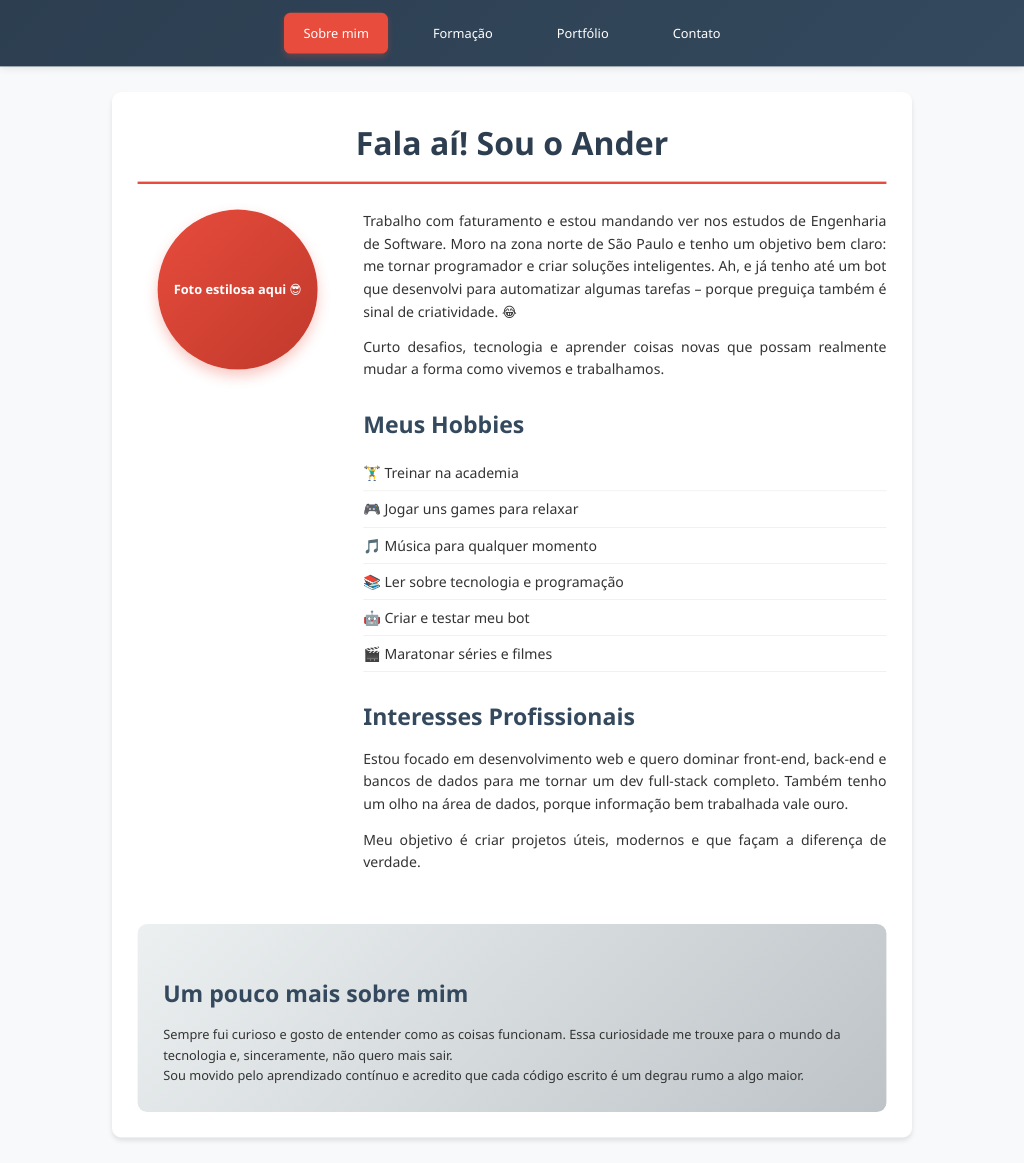
Repository: AnderHonorato/meu-portfolio
Page: index.html
An editor plug-in stored every save of this project. The page is shown before and after the next save, followed by the edit.
The browser window is 1280 px wide. The pictures show the whole page, at 80% of full size.

Above is the page before, as saved 2025-08-26 19:51:29.

### index.html
<!DOCTYPE html>
<html lang="pt-br">
<head>
    <meta charset="UTF-8">
    <meta name="viewport" content="width=device-width, initial-scale=1.0">
    <title>Anderson Honorato - Portfólio</title>
    <link rel="stylesheet" href="css/style.css">
</head>
<body>
    <!-- MENU -->
    <nav class="menu">
        <ul>
            <li><a href="index.html" class="ativo">Sobre mim</a></li>
            <li><a href="formacao.html">Formação</a></li>
            <li><a href="portfolio.html">Portfólio</a></li>
            <li><a href="contato.html">Contato</a></li>
        </ul>
    </nav>

<!-- CONTEUDO PRINCIPAL -->
<main class="conteudo">
    <h1>Fala aí! Sou o Ander</h1>

    <div class="sobre-container">
        <!-- SEÇÃO DA FOTO DE PERFIL -->
        <div class="foto-perfil">
            <div class="placeholder-foto">
                <p>Foto estilosa aqui 😎</p>
            </div>
        </div>

        <!-- SEÇÃO DE INFORMAÇÕES PESSOAIS -->
        <div class="texto-sobre">
            <p>Trabalho com faturamento e estou mandando ver nos estudos de Engenharia de Software. Moro na zona norte de São Paulo e tenho um objetivo bem claro: me tornar programador e criar soluções inteligentes. Ah, e já tenho até um bot que desenvolvi para automatizar algumas tarefas – porque preguiça também é sinal de criatividade. 😂</p>

            <p>Curto desafios, tecnologia e aprender coisas novas que possam realmente mudar a forma como vivemos e trabalhamos.</p>

            <h2>Meus Hobbies</h2>
            <ul class="lista-hobbies">
                <li>🏋️‍♂️ Treinar na academia</li>
                <li>🎮 Jogar uns games para relaxar</li>
                <li>🎵 Música para qualquer momento</li>
                <li>📚 Ler sobre tecnologia e programação</li>
                <li>🤖 Criar e testar meu bot</li>
                <li>🎬 Maratonar séries e filmes</li>
            </ul>

            <h2>Interesses Profissionais</h2>
            <p>Estou focado em desenvolvimento web e quero dominar front-end, back-end e bancos de dados para me tornar um dev full-stack completo. Também tenho um olho na área de dados, porque informação bem trabalhada vale ouro.</p>

            <p>Meu objetivo é criar projetos úteis, modernos e que façam a diferença de verdade.</p>
        </div>
    </div>

    <!-- SEÇÃO ADICIONAL DE INFORMAÇÕES -->
    <div class="info-adicional">
        <h2>Um pouco mais sobre mim</h2>
        <p>Sempre fui curioso e gosto de entender como as coisas funcionam. Essa curiosidade me trouxe para o mundo da tecnologia e, sinceramente, não quero mais sair.</p>

        <p>Sou movido pelo aprendizado contínuo e acredito que cada código escrito é um degrau rumo a algo maior.</p>
    </div>
</main>

</body>
</html>

### css/style.css
/* Reset básico e configurações globais */
* {
    margin: 0;
    padding: 0;
    box-sizing: border-box;
}

/* Configurações do corpo da página */
body {
    font-family: 'Segoe UI', Tahoma, Geneva, Verdana, sans-serif;
    line-height: 1.6;
    color: #333;
    background-color: #f8f9fa;
}

/* Menu de navegação - SEMPRE VISÍVEL */
.menu {
    background: linear-gradient(135deg, #2c3e50, #34495e);
    padding: 1rem 0;
    position: sticky; /* Menu fica fixo no topo ao rolar */
    top: 0;
    z-index: 1000; /* Garante que fica por cima de outros elementos */
    box-shadow: 0 2px 10px rgba(0,0,0,0.1);
}

.menu ul {
    list-style: none;
    display: flex;
    justify-content: center;
    gap: 2rem;
    max-width: 1200px;
    margin: 0 auto;
    padding: 0 1rem;
}

.menu a {
    color: white;
    text-decoration: none;
    padding: 0.8rem 1.5rem;
    border-radius: 8px;
    transition: all 0.3s ease;
    display: block;
    font-weight: 500;
}

.menu a:hover {
    background-color: rgba(255, 255, 255, 0.1);
    transform: translateY(-2px);
}

.menu a.ativo {
    background-color: #e74c3c;
    box-shadow: 0 4px 8px rgba(231, 76, 60, 0.3);
}

/* Conteúdo principal */
.conteudo {
    max-width: 1000px;
    margin: 2rem auto;
    padding: 0 1rem;
    background-color: white;
    border-radius: 12px;
    box-shadow: 0 4px 6px rgba(0,0,0,0.1);
    padding: 2rem;
}

.conteudo h1 {
    color: #2c3e50;
    margin-bottom: 1.5rem;
    text-align: center;
    font-size: 2.5rem;
    border-bottom: 3px solid #e74c3c;
    padding-bottom: 1rem;
}

.conteudo h2 {
    color: #34495e;
    margin: 2rem 0 1rem 0;
    font-size: 1.8rem;
}

/* === ESTILOS PÁGINA SOBRE MIM === */
.sobre-container {
    display: grid;
    grid-template-columns: 250px 1fr;
    gap: 2rem;
    margin-top: 2rem;
}

.foto-perfil {
    text-align: center;
}

.placeholder-foto {
    width: 200px;
    height: 200px;
    border-radius: 50%;
    background: linear-gradient(135deg, #e74c3c, #c0392b);
    display: flex;
    align-items: center;
    justify-content: center;
    color: white;
    font-weight: bold;
    margin: 0 auto;
    box-shadow: 0 8px 16px rgba(231, 76, 60, 0.3);
}

.foto-perfil img {
    width: 200px;
    height: 200px;
    border-radius: 50%;
    object-fit: cover;
    box-shadow: 0 8px 16px rgba(0,0,0,0.2);
}

.texto-sobre {
    flex: 1;
}

.texto-sobre p {
    margin-bottom: 1rem;
    text-align: justify;
    font-size: 1.1rem;
}

.lista-hobbies {
    list-style: none;
    margin: 1rem 0;
}

.lista-hobbies li {
    padding: 0.5rem 0;
    font-size: 1.1rem;
    border-bottom: 1px solid #eee;
    transition: all 0.3s ease;
}

.lista-hobbies li:hover {
    background-color: #f8f9fa;
    padding-left: 1rem;
    border-left: 4px solid #e74c3c;
}

.info-adicional {
    margin-top: 3rem;
    padding: 2rem;
    background: linear-gradient(135deg, #ecf0f1, #bdc3c7);
    border-radius: 12px;
}

/* === ESTILOS PÁGINA FORMAÇÃO === */
.formacao-secao {
    margin-bottom: 3rem;
}

.item-formacao {
    background: linear-gradient(135deg, #f8f9fa, #e9ecef);
    padding: 2rem;
    border-radius: 12px;
    margin-bottom: 1.5rem;
    border-left: 5px solid #e74c3c;
    transition: transform 0.3s ease;
}

.item-formacao:hover {
    transform: translateY(-5px);
    box-shadow: 0 8px 16px rgba(0,0,0,0.1);
}

.item-formacao h3 {
    color: #2c3e50;
    margin-bottom: 1rem;
    font-size: 1.3rem;
}

.item-formacao p {
    margin-bottom: 0.5rem;
}

.lista-idiomas {
    list-style: none;
}

.lista-idiomas li {
    padding: 1rem 0;
    border-bottom: 1px solid #ddd;
}

.lista-idiomas li:last-child {
    border-bottom: none;
}

.nivel-idioma {
    margin-top: 0.5rem;
}

.barra-progresso {
    width: 100%;
    height: 8px;
    background-color: #ecf0f1;
    border-radius: 4px;
    overflow: hidden;
    margin: 0.5rem 0;
}

.progresso {
    height: 100%;
    background: linear-gradient(90deg, #e74c3c, #c0392b);
    transition: width 0.3s ease;
}

.descricao-nivel {
    font-size: 0.9rem;
    color: #7f8c8d;
    font-style: italic;
}

.proximos-estudos ul {
    list-style: none;
    display: grid;
    grid-template-columns: repeat(auto-fit, minmax(250px, 1fr));
    gap: 1rem;
}

.proximos-estudos li {
    background-color: #fff3cd;
    padding: 1rem;
    border-radius: 8px;
    border-left: 4px solid #ffc107;
    font-weight: 500;
}

/* === ESTILOS PÁGINA PORTFÓLIO === */
.intro-portfolio {
    text-align: center;
    font-size: 1.2rem;
    margin-bottom: 2rem;
    padding: 1rem;
    background-color: #f8f9fa;
    border-radius: 8px;
    border-left: 4px solid #e74c3c;
}

.projetos-grid {
    display: grid;
    grid-template-columns: repeat(auto-fit, minmax(350px, 1fr));
    gap: 2rem;
    margin-bottom: 3rem;
}

.projeto-item {
    background: linear-gradient(135deg, #ffffff, #f8f9fa);
    padding: 2rem;
    border-radius: 12px;
    box-shadow: 0 4px 8px rgba(0,0,0,0.1);
    transition: all 0.3s ease;
    border-top: 4px solid #e74c3c;
}

.projeto-item:hover {
    transform: translateY(-8px);
    box-shadow: 0 12px 24px rgba(0,0,0,0.15);
}

.projeto-item h3 {
    color: #2c3e50;
    margin-bottom: 1rem;
    font-size: 1.4rem;
}

.tags-projeto {
    margin-bottom: 1rem;
}

.tag {
    display: inline-block;
    background: linear-gradient(135deg, #e74c3c, #c0392b);
    color: white;
    padding: 0.3rem 0.8rem;
    border-radius: 20px;
    font-size: 0.8rem;
    margin-right: 0.5rem;
    font-weight: 500;
}

.projeto-detalhes {
    margin: 1rem 0;
    padding: 1rem;
    background-color: #f8f9fa;
    border-radius: 8px;
}

.projeto-detalhes p {
    margin-bottom: 0.5rem;
    font-size: 0.9rem;
}

.btn-projeto {
    display: inline-block;
    background: linear-gradient(135deg, #3498db, #2980b9);
    color: white;
    padding: 0.8rem 1.5rem;
    text-decoration: none;
    border-radius: 8px;
    transition: all 0.3s ease;
    font-weight: 500;
}

.btn-projeto:hover {
    transform: translateY(-2px);
    box-shadow: 0 4px 8px rgba(52, 152, 219, 0.3);
}

/* Habilidades técnicas */
.habilidades-secao {
    margin-top: 3rem;
    padding: 2rem;
    background: linear-gradient(135deg, #ecf0f1, #bdc3c7);
    border-radius: 12px;
}

.habilidades-grid {
    display: grid;
    grid-template-columns: repeat(auto-fit, minmax(250px, 1fr));
    gap: 1.5rem;
    margin-top: 1rem;
}

.habilidade-item {
    background-color: white;
    padding: 1.5rem;
    border-radius: 8px;
    box-shadow: 0 2px 4px rgba(0,0,0,0.1);
}

.habilidade-item h4 {
    color: #2c3e50;
    margin-bottom: 1rem;
    font-size: 1.1rem;
}

.nivel-habilidade {
    display: flex;
    align-items: center;
    gap: 1rem;
}

.barra-habilidade {
    flex: 1;
    height: 8px;
    background-color: #ecf0f1;
    border-radius: 4px;
    overflow: hidden;
}

.progresso-habilidade {
    height: 100%;
    background: linear-gradient(90deg, #27ae60, #2ecc71);
    transition: width 0.3s ease;
}

.estudos-atuais {
    margin-top: 2rem;
    padding: 2rem;
    background-color: #e8f5e8;
    border-radius: 12px;
    border-left: 5px solid #27ae60;
}

.lista-estudos {
    list-style: none;
    display: grid;
    grid-template-columns: repeat(auto-fit, minmax(300px, 1fr));
    gap: 1rem;
}

.lista-estudos li {
    padding: 1rem;
    background-color: white;
    border-radius: 8px;
    box-shadow: 0 2px 4px rgba(0,0,0,0.1);
    transition: transform 0.3s ease;
}

.lista-estudos li:hover {
    transform: translateX(10px);
}

/* === ESTILOS PÁGINA CONTATO === */
.intro-contato {
    text-align: center;
    font-size: 1.2rem;
    margin-bottom: 2rem;
    padding: 1rem;
    background: linear-gradient(135deg, #d4edda, #c3e6cb);
    border-radius: 8px;
    border-left: 4px solid #28a745;
}

.contato-container {
    display: grid;
    grid-template-columns: 2fr 1fr;
    gap: 3rem;
    margin-top: 2rem;
}

.formulario-contato {
    background-color: #f8f9fa;
    padding: 2rem;
    border-radius: 12px;
    box-shadow: 0 4px 8px rgba(0,0,0,0.1);
}

.formulario-contato h2 {
    color: #2c3e50;
    margin-bottom: 1.5rem;
    text-align: center;
}

.form-contato {
    display: flex;
    flex-direction: column;
    gap: 1.5rem;
}

.campo {
    display: flex;
    flex-direction: column;
}

.campo.checkbox {
    flex-direction: row;
    align-items: center;
    gap: 0.5rem;
}

.campo.checkbox input {
    width: auto;
}

.campo label {
    margin-bottom: 0.5rem;
    font-weight: 600;
    color: #2c3e50;
}

.campo input,
.campo textarea,
.campo select {
    padding: 0.8rem;
    border: 2px solid #ddd;
    border-radius: 8px;
    font-size: 1rem;
    transition: border-color 0.3s ease;
    font-family: inherit;
}

.campo input:focus,
.campo textarea:focus,
.campo select:focus {
    outline: none;
    border-color: #e74c3c;
    box-shadow: 0 0 0 3px rgba(231, 76, 60, 0.1);
}

.btn-enviar {
    background: linear-gradient(135deg, #e74c3c, #c0392b);
    color: white;
    padding: 1rem 2rem;
    border: none;
    border-radius: 8px;
    cursor: pointer;
    font-size: 1.1rem;
    font-weight: 600;
    transition: all 0.3s ease;
}

.btn-enviar:hover {
    transform: translateY(-2px);
    box-shadow: 0 4px 8px rgba(231, 76, 60, 0.3);
}

.mensagem-retorno {
    margin-top: 1rem;
    padding: 1rem;
    background-color: #d4edda;
    border: 1px solid #c3e6cb;
    border-radius: 8px;
    color: #155724;
    text-align: center;
    font-weight: 500;
}

/* Informações de contato */
.info-contato {
    background-color: white;
    padding: 2rem;
    border-radius: 12px;
    box-shadow: 0 4px 8px rgba(0,0,0,0.1);
    height: fit-content;
}

.info-contato h2 {
    color: #2c3e50;
    margin-bottom: 1.5rem;
    text-align: center;
}

.contato-item {
    margin-bottom: 2rem;
    padding: 1rem;
    background-color: #f8f9fa;
    border-radius: 8px;
    border-left: 4px solid #3498db;
}

.contato-item h3 {
    color: #2c3e50;
    margin-bottom: 0.5rem;
    font-size: 1.1rem;
}

.contato-item p {
    font-weight: 600;
    color: #34495e;
    margin-bottom: 0.3rem;
}

.contato-item small {
    color: #7f8c8d;
    font-style: italic;
}

.disponibilidade {
    padding: 1rem;
    background: linear-gradient(135deg, #fff3cd, #ffeaa7);
    border-radius: 8px;
    border-left: 4px solid #ffc107;
}

.disponibilidade h3 {
    color: #2c3e50;
    margin-bottom: 1rem;
}

.disponibilidade ul {
    list-style: none;
}

.disponibilidade li {
    padding: 0.3rem 0;
    color: #856404;
}

/* Dicas de contato */
.dicas-contato {
    margin-top: 3rem;
    padding: 2rem;
    background: linear-gradient(135deg, #e8f4fd, #d1ecf1);
    border-radius: 12px;
}

.dicas-grid {
    display: grid;
    grid-template-columns: repeat(auto-fit, minmax(250px, 1fr));
    gap: 1.5rem;
    margin-top: 1rem;
}

.dica-item {
    background-color: white;
    padding: 1.5rem;
    border-radius: 8px;
    box-shadow: 0 2px 4px rgba(0,0,0,0.1);
    transition: transform 0.3s ease;
}

.dica-item:hover {
    transform: translateY(-5px);
}

.dica-item h4 {
    color: #2c3e50;
    margin-bottom: 1rem;
}

.dica-item p {
    color: #34495e;
    font-size: 0.9rem;
}

/* === RESPONSIVIDADE === */
@media (max-width: 768px) {
    /* Menu responsivo */
    .menu ul {
        flex-wrap: wrap;
        gap: 0.5rem;
        justify-content: center;
    }

    .menu a {
        padding: 0.6rem 1rem;
        font-size: 0.9rem;
    }

    /* Conteúdo */
    .conteudo {
        margin: 1rem;
        padding: 1.5rem;
    }

    .conteudo h1 {
        font-size: 2rem;
    }

    /* Sobre mim responsivo */
    .sobre-container {
        grid-template-columns: 1fr;
        text-align: center;
        gap: 1.5rem;
    }

    /* Formação responsiva */
    .item-formacao {
        padding: 1.5rem;
    }

    /* Portfólio responsivo */
    .projetos-grid {
        grid-template-columns: 1fr;
        gap: 1.5rem;
    }

    .habilidades-grid {
        grid-template-columns: 1fr;
    }

    /* Contato responsivo */
    .contato-container {
        grid-template-columns: 1fr;
        gap: 2rem;
    }

    .dicas-grid {
        grid-template-columns: 1fr;
    }
}

@media (max-width: 480px) {
    .conteudo {
        padding: 1rem;
    }

    .conteudo h1 {
        font-size: 1.8rem;
    }

    .menu ul {
        flex-direction: column;
        gap: 0.3rem;
    }

    .projeto-item,
    .item-formacao,
    .formulario-contato {
        padding: 1rem;
    }
}

/* Animações e efeitos especiais */
@keyframes slideInUp {
    from {
        opacity: 0;
        transform: translateY(30px);
    }
    to {
        opacity: 1;
        transform: translateY(0);
    }
}

.conteudo {
    animation: slideInUp 0.6s ease-out;
}

/* Scroll suave */
html {
    scroll-behavior: smooth;
}

After the next save:
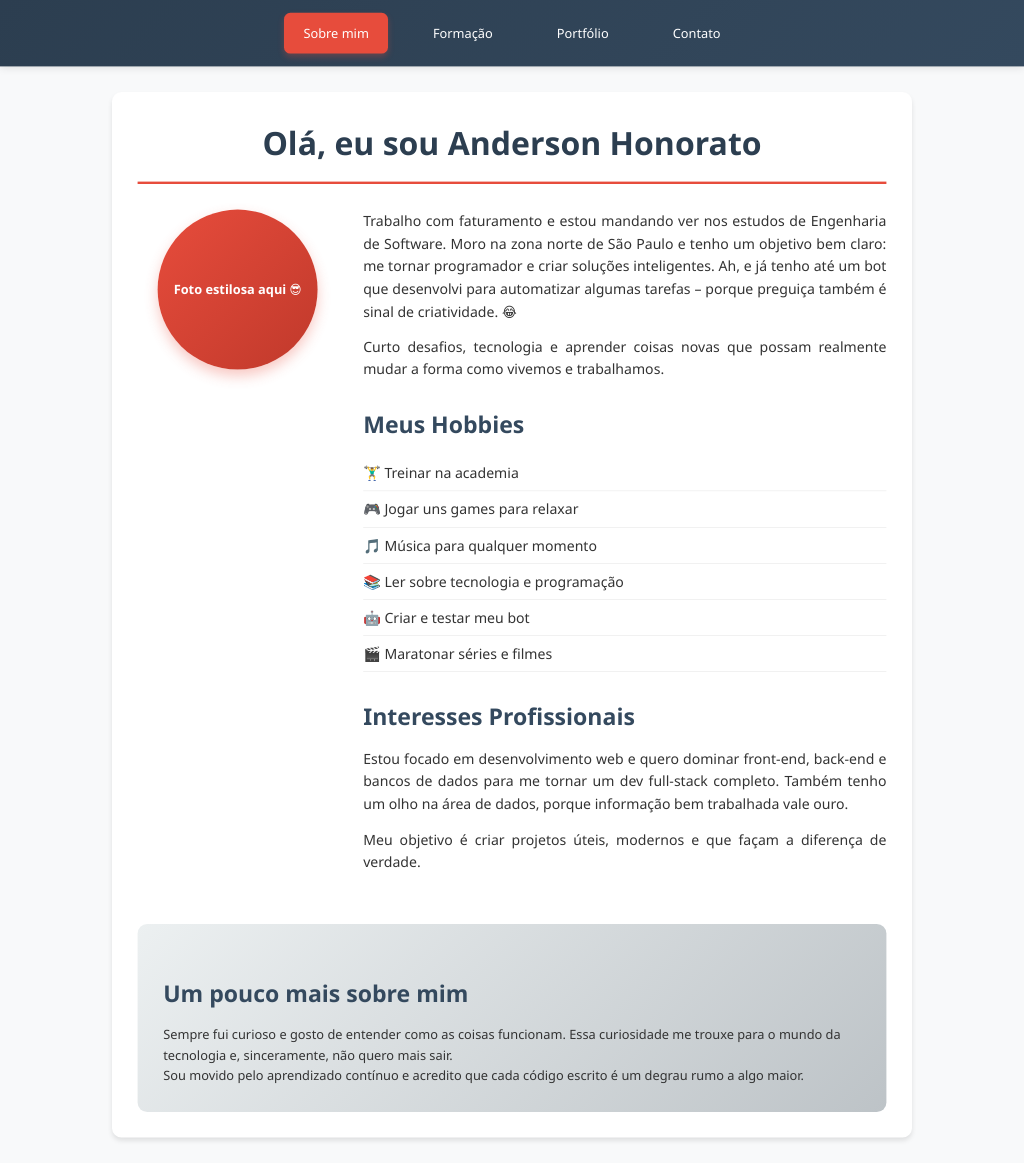
Saved 39 s later.
--- a/index.html
+++ b/index.html
@@ -19,7 +19,7 @@
 
 <!-- CONTEUDO PRINCIPAL -->
 <main class="conteudo">
-    <h1>Fala aí! Sou o Ander</h1>
+    <h1>Olá, eu sou Anderson Honorato</h1>
 
     <div class="sobre-container">
         <!-- SEÇÃO DA FOTO DE PERFIL -->
